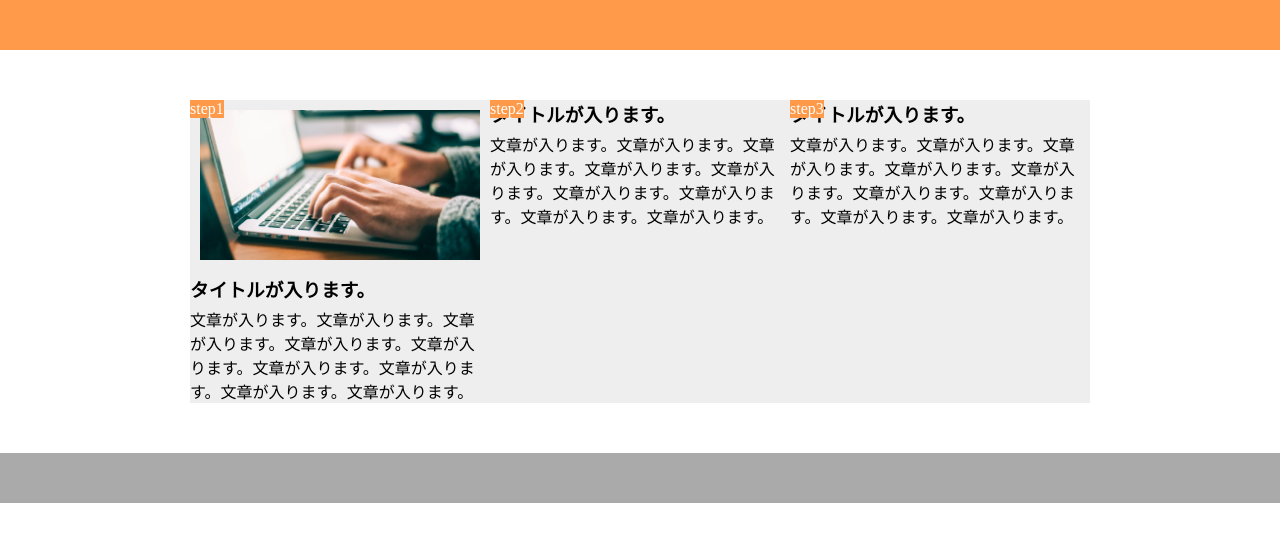
Repository: papisi-zu/book1
Page: exercises9/exercises9.html
The author's editor kept a record of every edit. The page is drawn from the files as they stood at one moment, then again after the next edit.
The browser window is 1280 px wide. The pictures show the whole page.

Above is the page before.

### exercises9/exercises9.html
<!DOCTYPE html>
<html lang="ja">
  <head>
    <meta charset="UTF-8" />
    <link rel="stylesheet" href="exercises9.css" />
    <title>exercises9</title>
  </head>

  <body>
    <header></header>
    <main>
      <section class="main-box">
        <span class="step">step1</span>
        <div class="step-image1"></div>
        <h3 class="main-title">タイトルが入ります。</h3>
        <P class="main-text">文章が入ります。文章が入ります。文章が入ります。文章が入ります。文章が入ります。文章が入ります。文章が入ります。文章が入ります。文章が入ります。</P>
      </section>
      <section class="main-box">
        <span class="step">step2</span>
        <div class="step-image2"></div>
        <h3 class="main-title">タイトルが入ります。</h3>
        <P class="main-text">文章が入ります。文章が入ります。文章が入ります。文章が入ります。文章が入ります。文章が入ります。文章が入ります。文章が入ります。文章が入ります。</P>
      </section>
      <section class="main-box">
        <span class="step">step3</span>
        <div class="step-image3"></div>
        <h3 class="main-title">タイトルが入ります。</h3>
        <P class="main-text">文章が入ります。文章が入ります。文章が入ります。文章が入ります。文章が入ります。文章が入ります。文章が入ります。文章が入ります。文章が入ります。</P>
      </section>
    </main>
    <footer></footer>
  </body>
</html>

### exercises9/exercises9.css
* {
  margin: 0;
  padding: 0;
  box-sizing: border-box;
}

header {
  width: 100%;
  height: 50px;
  background-color: #FF9A4B;
}

main {
  width: 960px;
  display: flex;
  justify-content: center;
  margin: 0 auto;
  padding: 50px 0;
}

.main-box {
  width: 300px;
  background-color: #EEEEEE;
  position: relative;
  display: inline-block;
}

.step {
  background-color: #FF9A4B;
  color: #fff;
  position: absolute;
  top: 0;
  left: 0;
}

.step-image1 {
  height: 150px;
  background-image: url(img/flow01.png);
  background-size: cover;
  background-position: bottom;
  display: block;
  margin: 10px 10px 15px 10px;
}

.step-image1 {
  height: 150px;
  background-image: url(img/flow01.png);
  background-size: cover;
  background-position: bottom;
  display: block;
  margin: 10px 10px 15px 10px;
}

.main-title {
  margin-bottom: 5px;
}

footer {
  width: 100%;
  height: 50px;
  background-color: #AAAAAA;
}

After the next edit:
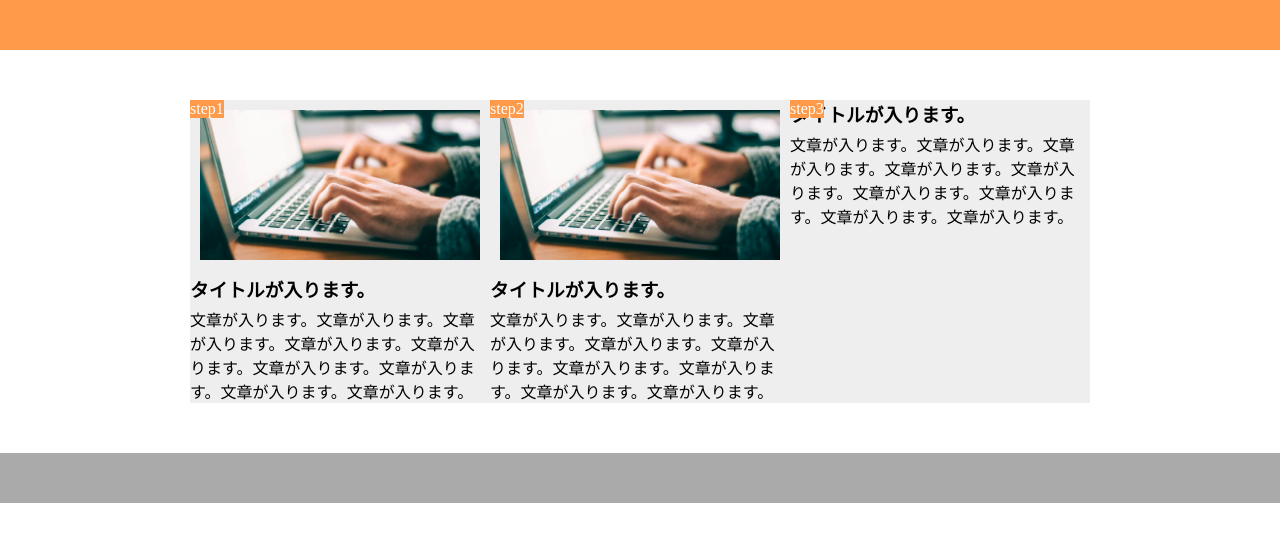
The edit:
--- a/exercises9/exercises9.css
+++ b/exercises9/exercises9.css
@@ -42,7 +42,7 @@
   margin: 10px 10px 15px 10px;
 }
 
-.step-image1 {
+.step-image2 {
   height: 150px;
   background-image: url(img/flow01.png);
   background-size: cover;
